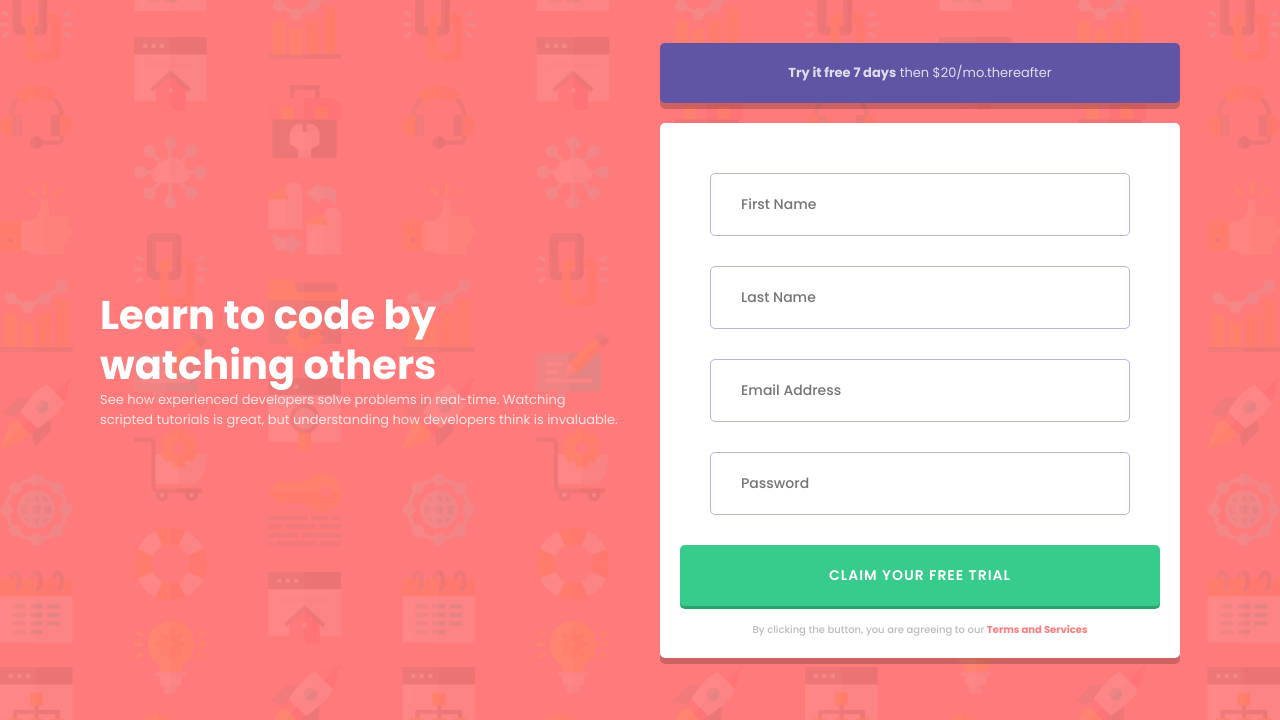
Repository: Akashiii1/WebSignup_Form_Day2
Page: index.html
The author's editor kept a copy of each file at every save. The page is drawn from the files as they stood at one save, then again after the next save.
The browser window is 1280 px wide. The pictures show the whole page.

Above is the page before, as saved 2021-12-19 18:08:16.

After the next save:
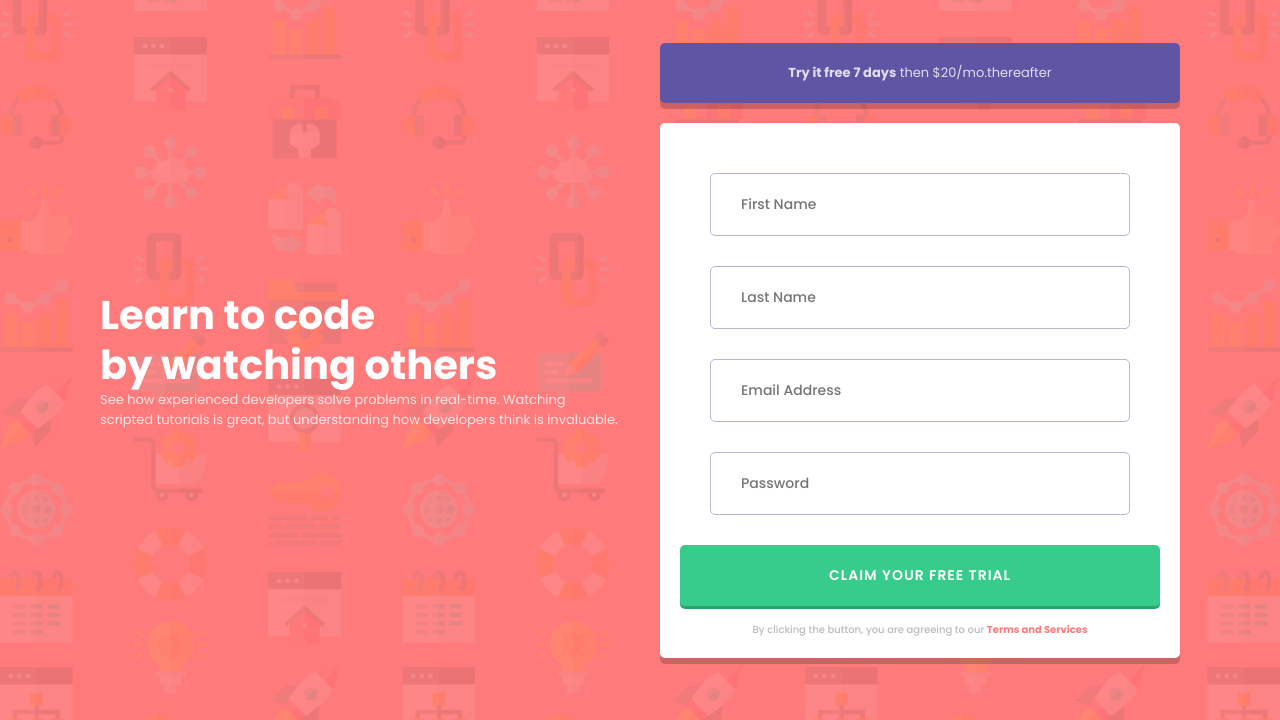
Saved 87 s later.
--- a/index.html
+++ b/index.html
@@ -44,7 +44,8 @@
    -->
     <div class="container">
       <div>
-        <h1>Learn to code by watching others</h1>
+        <h1>Learn to code <br>
+           by watching others</h1>
         <p>
           See how experienced developers solve problems in real-time. Watching
           scripted tutorials is great, but understanding how developers think is

After the save that followed:
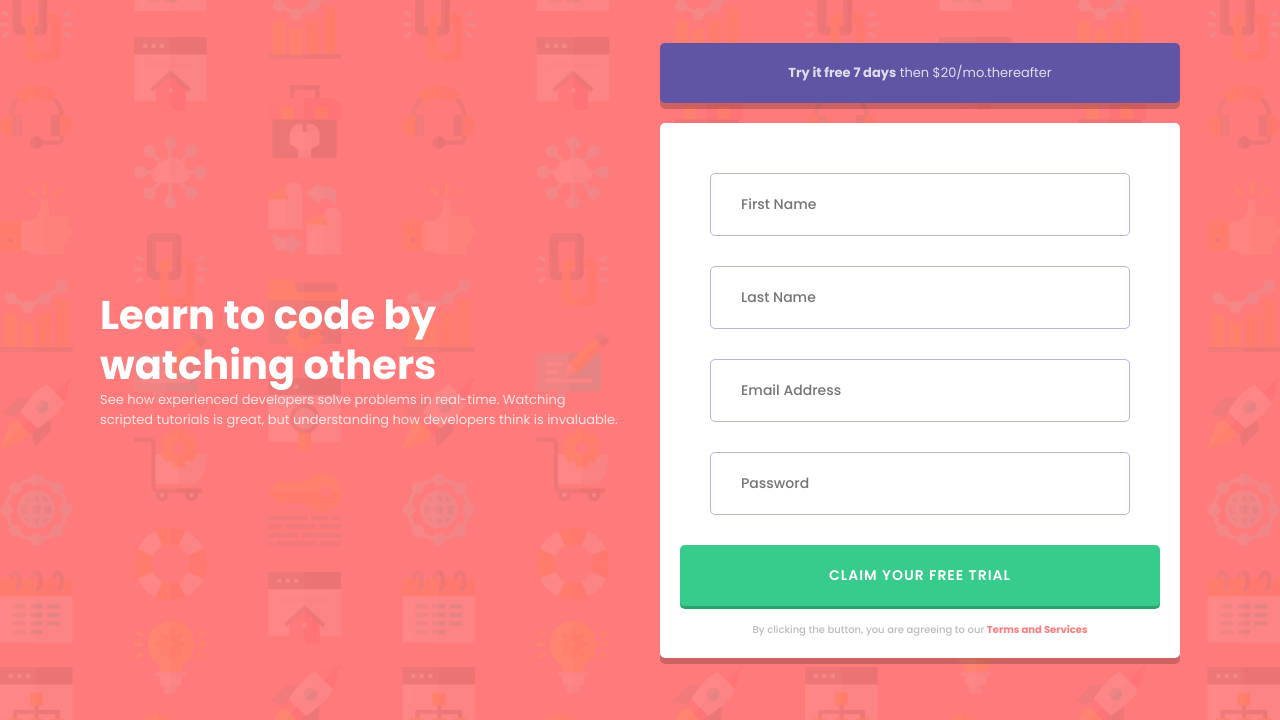
Saved 17 s later.
--- a/index.html
+++ b/index.html
@@ -44,8 +44,8 @@
    -->
     <div class="container">
       <div>
-        <h1>Learn to code <br>
-           by watching others</h1>
+        <h1>Learn to code by <br>
+           watching others</h1>
         <p>
           See how experienced developers solve problems in real-time. Watching
           scripted tutorials is great, but understanding how developers think is
